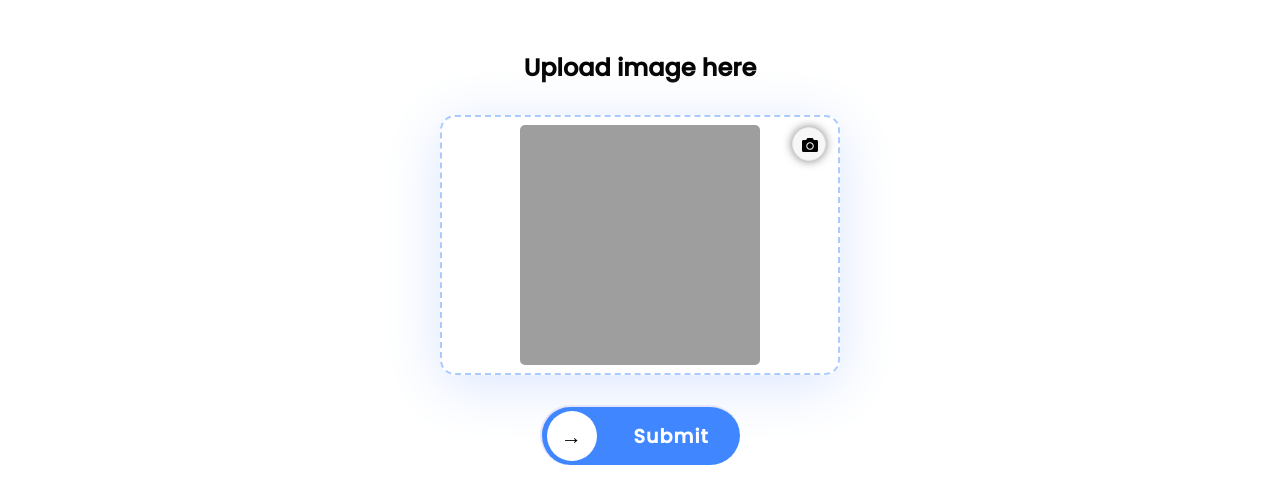
Repository: ThuongDuy/Phan_loai_anh
Page: hcsdlpt/index.html
These files come from the project's save history. The page is drawn as it stood at one moment and after the next save; the edit follows.
The browser window is 1280 px wide. The pictures show the whole page.
After loading, the first visible `#btnSubmit` was clicked once.
Pictures or frames that could not be fetched are drawn as grey boxes.

Above is the page before, as saved 2023-06-02 01:27:33.

After the next save:
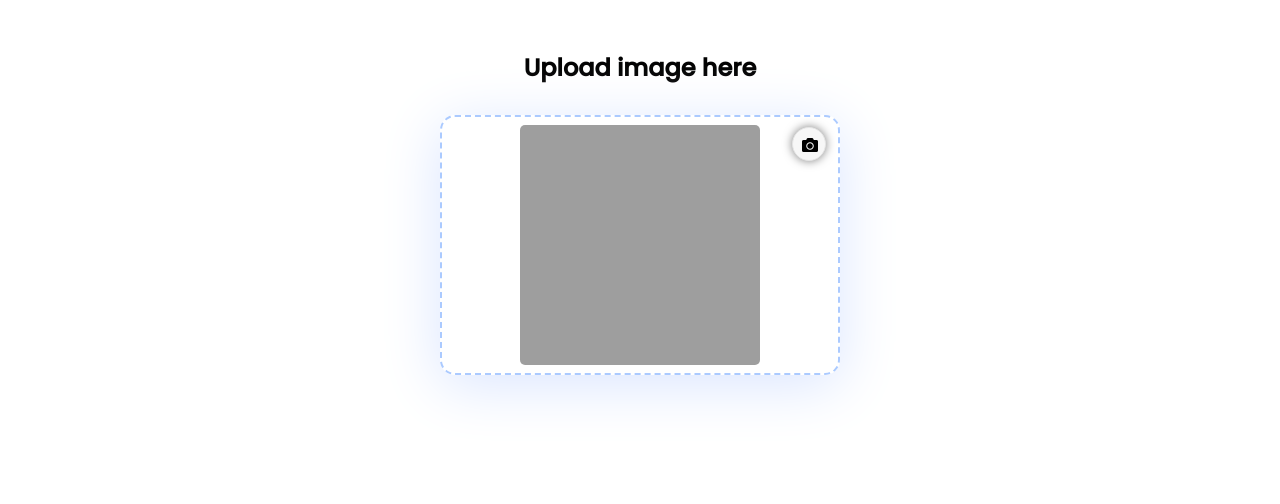
Saved 10 h 0 min later.
--- a/hcsdlpt/scripts.js
+++ b/hcsdlpt/scripts.js
@@ -15,6 +15,7 @@ $(document).ready(function () {
         readURL(this);
     });
     $('#btnSubmit').on('click', function () {
+        $('#btnSubmit').hide();
 
     });
 
